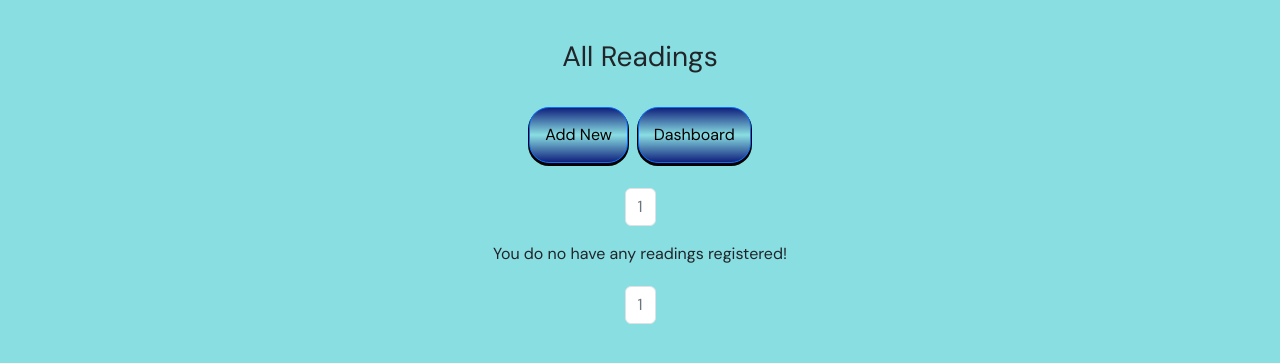
Repository: aiodell/my-glucose-checkup
Page: /bgls/all (app in client/)
These files come from the project's save history. The page is drawn as it stood at one moment and after the next save; the edit follows.
The browser window is 1280 px wide. The pictures show the whole page.
The page's requests for data from a server got no answer. The project was rebuilt for these pictures with package versions that can differ from the ones it lists, and the page was loaded fresh each time. No one was signed in, and anything a server would have sent is missing. Also part of the build but not shown: client/src/components/Login.js, client/src/components/Signup.js, client/src/components/Dashboard.js, client/src/components/NewReading.js, client/src/components/Home.js, client/src/components/BglUpdateForm.js, client/src/components/BglEventDetails.js, client/src/components/NewBglEvent.js and 8 more.

Above is the page before, as saved 2022-10-06 07:00:03.

After the next save:
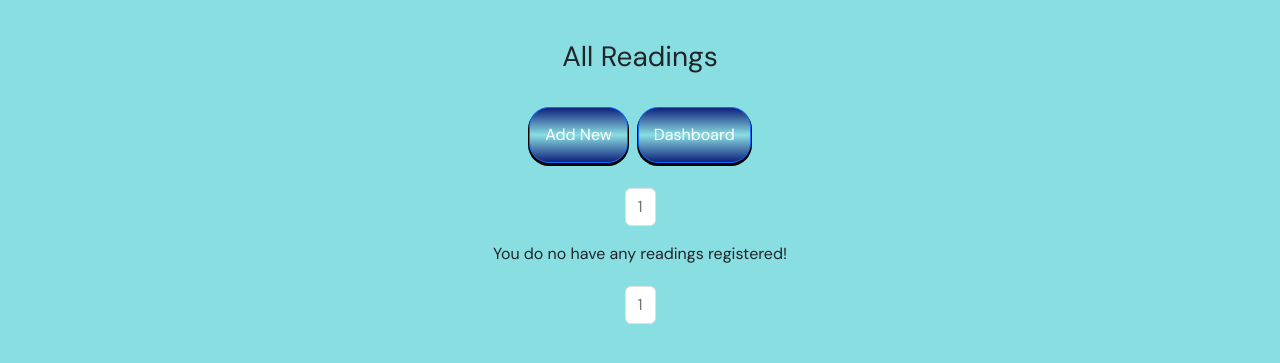
Saved 11 s later.
--- a/client/src/styles.css
+++ b/client/src/styles.css
@@ -10,7 +10,7 @@ body {
 /*Universal */
 .btns {
   background-image: linear-gradient(#10217d,	#89dee2,#10217d);
-  color: rgb(0, 0, 0);
+  color: rgb(255, 255, 255);
   padding: 15px;
   margin: 5px;
   text-align: center;
